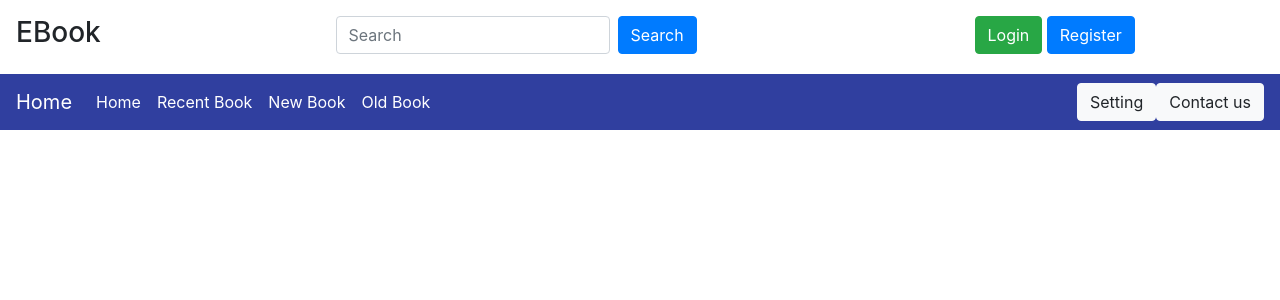
Repository: DaoThanhLam/eProjectKy4
Page: http://localhost/bookma_pro/
The author's editor kept a copy of each file at every save. The page is drawn from the files as they stood at one save, then again after the next save.
The browser window is 1280 px wide. The pictures show the whole page.
Some icons come from a web library that is not loaded, so they are not drawn. Some web libraries are served in a nearby version. The page is served by Tomcat 9.

Above is the page before, as saved 2024-11-14 01:27:40.

After the next save:
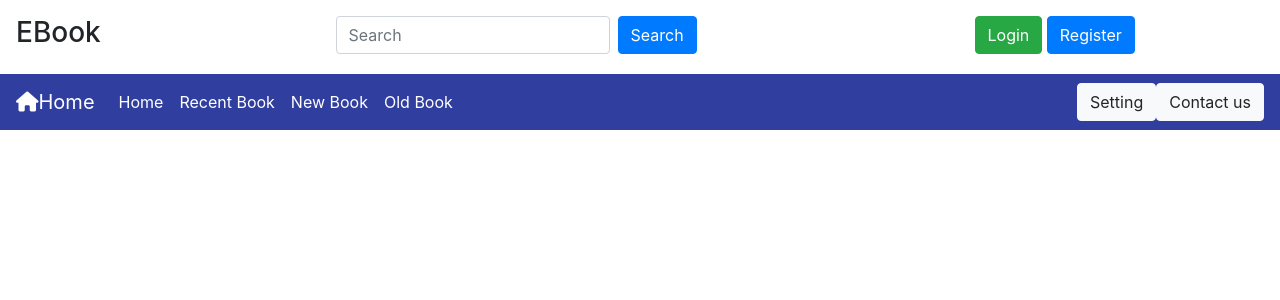
Saved 39 s later.
--- a/bookma_pro/src/main/webapp/components/navbar.jsp
+++ b/bookma_pro/src/main/webapp/components/navbar.jsp
@@ -19,7 +19,7 @@
 </div>
 
 <nav class="navbar navbar-expand-lg navbar-dark bg-custom">
-  <a class="navbar-brand" href="#"><i class="fa-light fa-house-chimney"></i>Home</a>
+  <a class="navbar-brand" href="#"><i class="fas fa-home"></i>Home</a>
   <button class="navbar-toggler" type="button" data-toggle="collapse" data-target="#navbarSupportedContent" aria-controls="navbarSupportedContent" aria-expanded="false" aria-label="Toggle navigation">
     <span class="navbar-toggler-icon"></span>
   </button>
